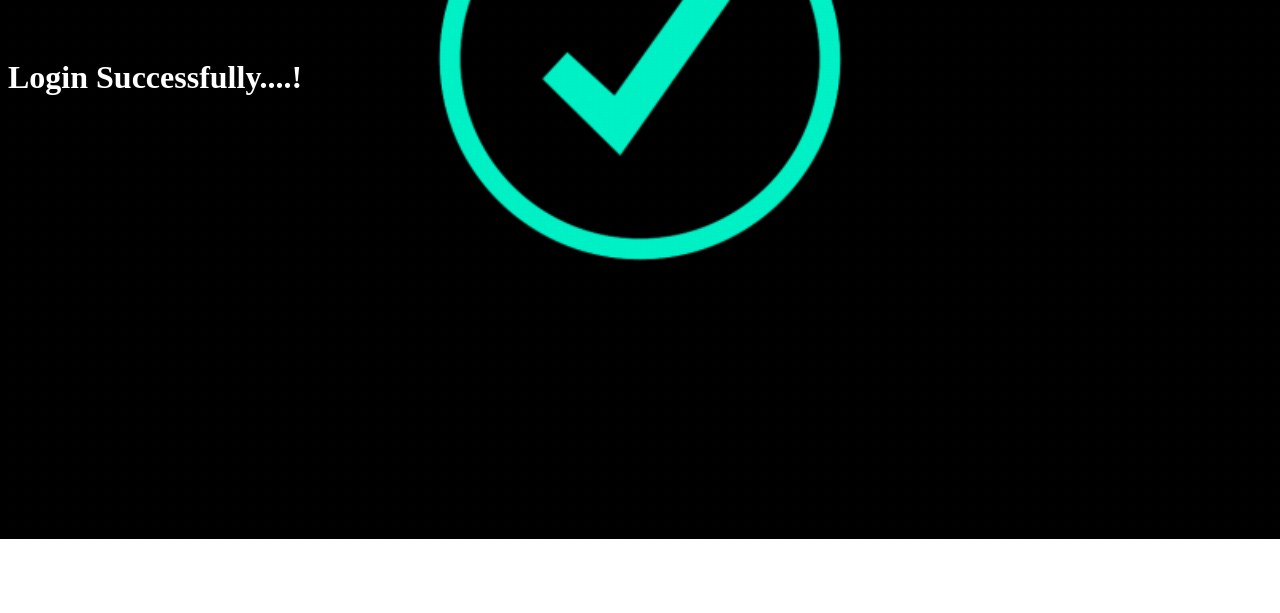
Repository: Kartik-Karle51/OIBSIP
Page: Login_Authentication/LoginAuthentication/src/main/webapp/success.html
These files come from the project's save history. The page is drawn as it stood at one moment and after the next save; the edit follows.
The browser window is 1280 px wide. The pictures show the whole page.

Above is the page before, as saved 2024-12-06 18:11:32.

### Login_Authentication/LoginAuthentication/src/main/webapp/success.html
<!DOCTYPE html>
<html>
<head>
<meta charset="UTF-8">
<title>Insert title here</title>
<style type="text/css">
body{
background-image: url("Check mark animation.gif");
background-position: center;
background-size: 100%;
padding-top:30px;
background-repeat: no-repeat;
}
h1{
color:white;
}
</style>

</head>
<body >
<h1>Login Successfully....!</h1>
</body>
</html>

After the next save:
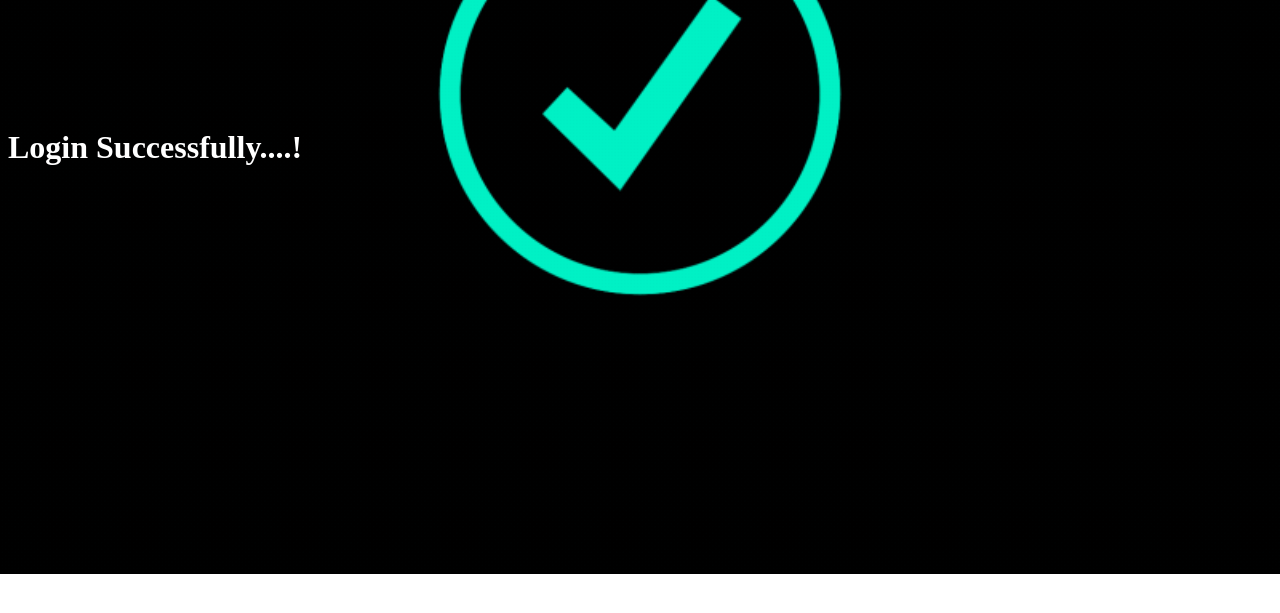
Saved 14 s later.
--- a/Login_Authentication/LoginAuthentication/src/main/webapp/success.html
+++ b/Login_Authentication/LoginAuthentication/src/main/webapp/success.html
@@ -8,7 +8,7 @@ body{
 background-image: url("Check mark animation.gif");
 background-position: center;
 background-size: 100%;
-padding-top:30px;
+padding-top:100px;
 background-repeat: no-repeat;
 }
 h1{
